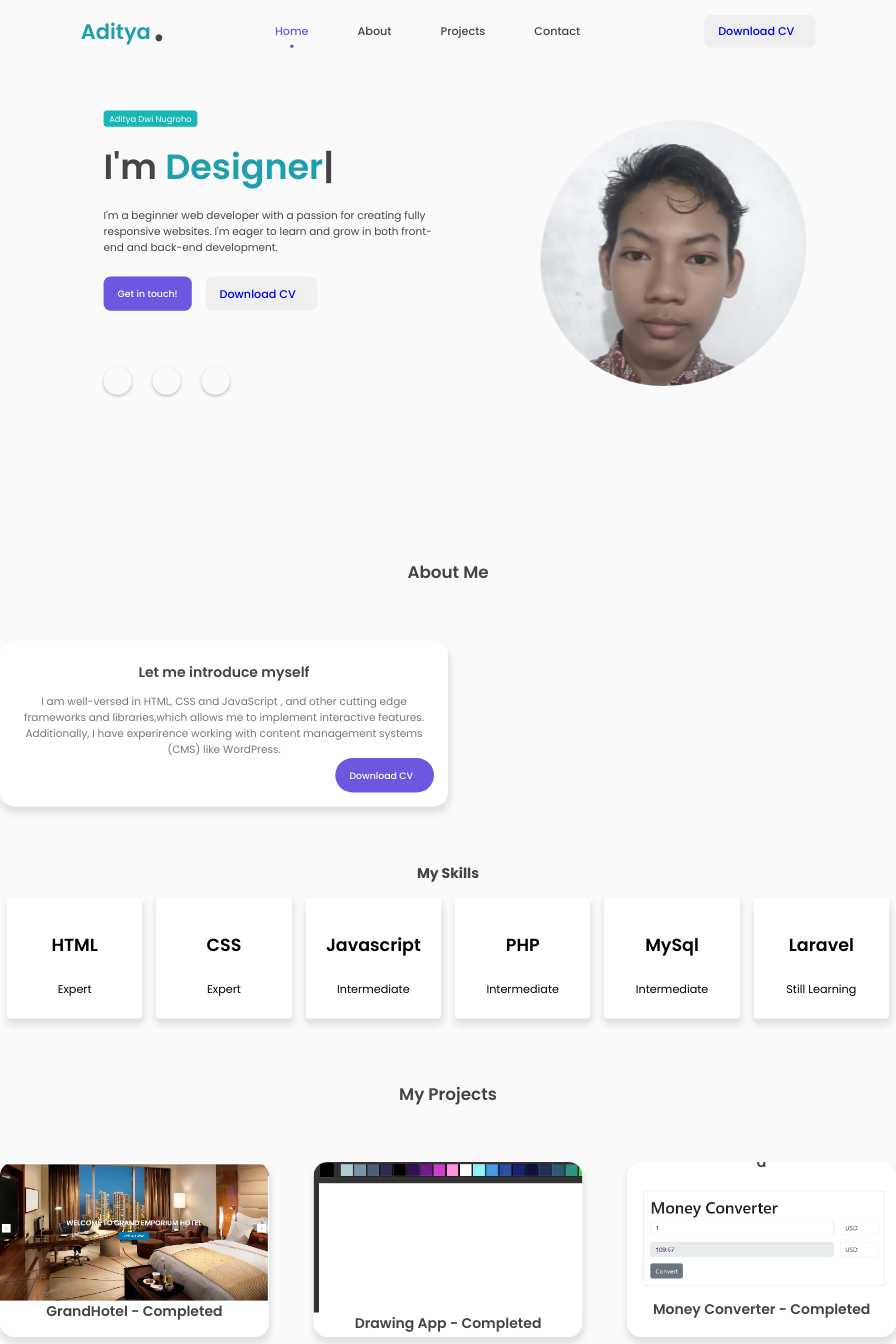
Repository: 4Kbrain/Portofolio
Page: index.html
An editor plug-in stored every save of this project. The page is shown before and after the next save, followed by the edit.
The browser window is 1280 px wide. The pictures show the part of the page from y = 0 to 1920 px (the page is 3000 px tall before and 2872 px after), at 70% of full size.
Some icons come from a web library that is not loaded, so they are not drawn.

Above is the page before, as saved 2024-05-15 19:07:24.
Console error: ReferenceError: ScrollReveal is not defined

After the next save:
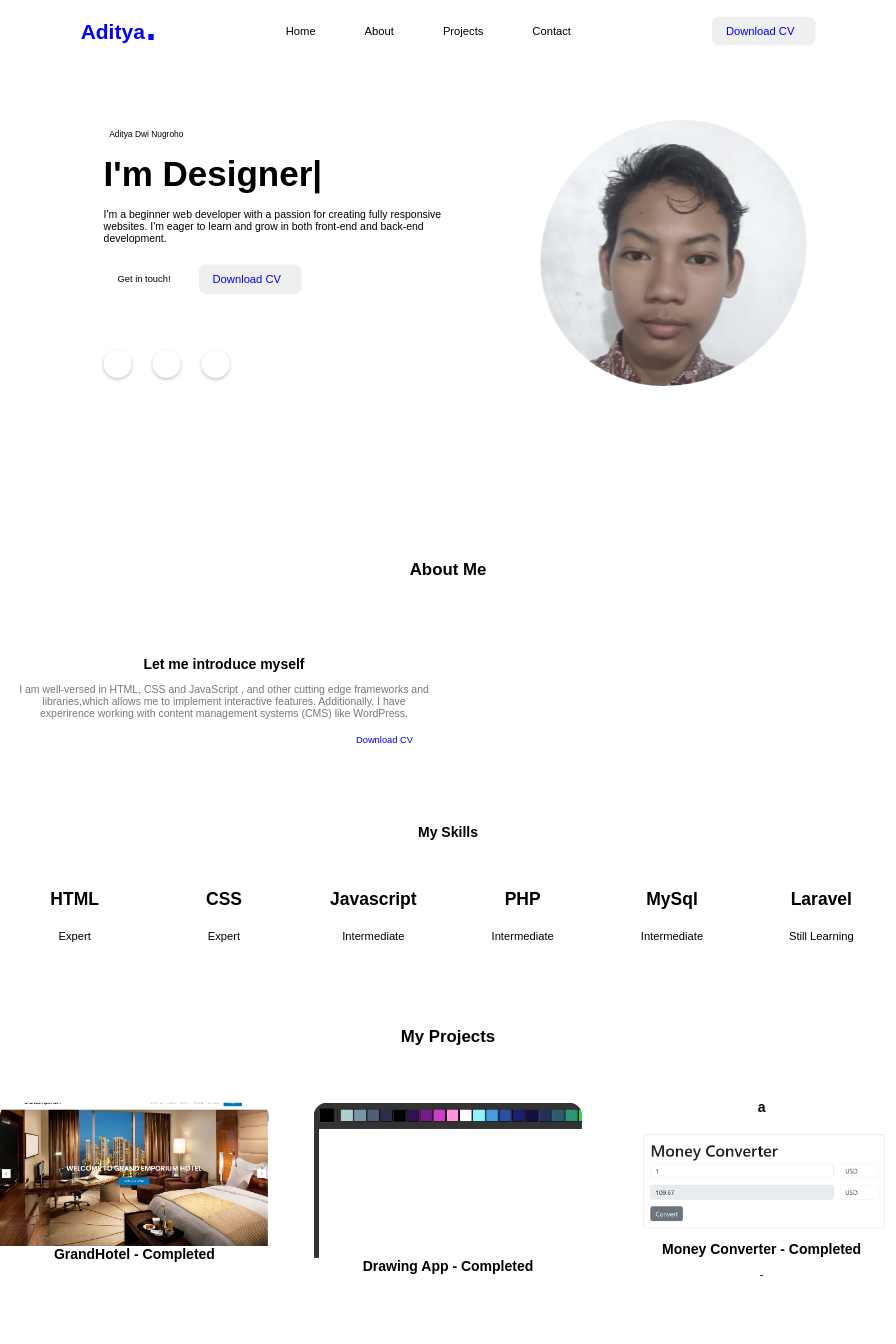
Saved 15 s later.
--- a/assets/css/style.css
+++ b/assets/css/style.css
@@ -1,4 +1,4 @@
-
+May,
 
 @import url('https://fonts.googleapis.com/css2?family=Poppins:wght@400;500;600;700&display=swap');
 
